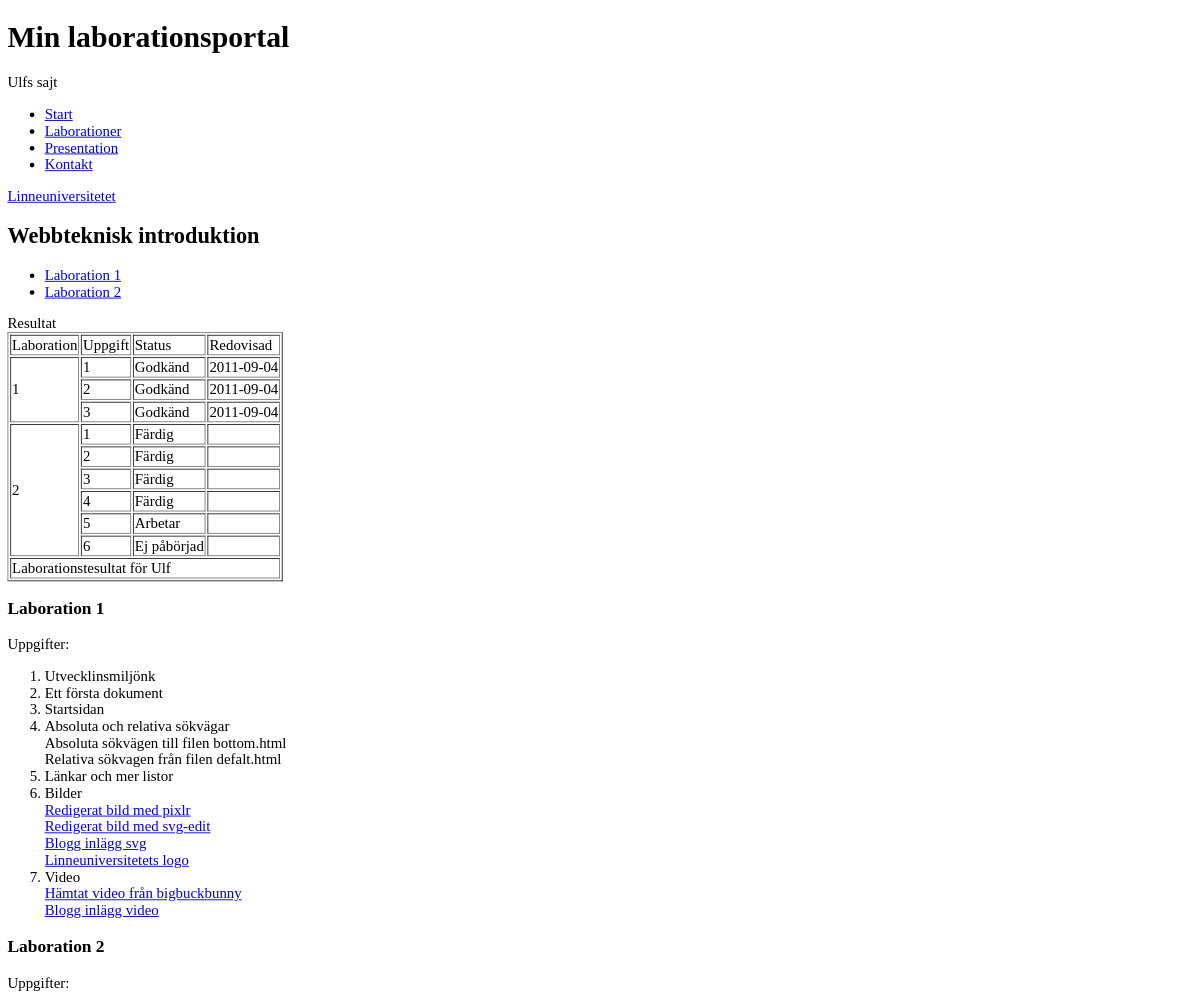
Repository: ulfek/laborationer
Page: pages/laborationer.html
The author's editor kept a record of every edit. The page is drawn from the files as they stood at one moment, then again after the next edit.
The browser window is 1280 px wide. The pictures show the whole page, at 93% of full size.

Above is the page before.

After the next edit:
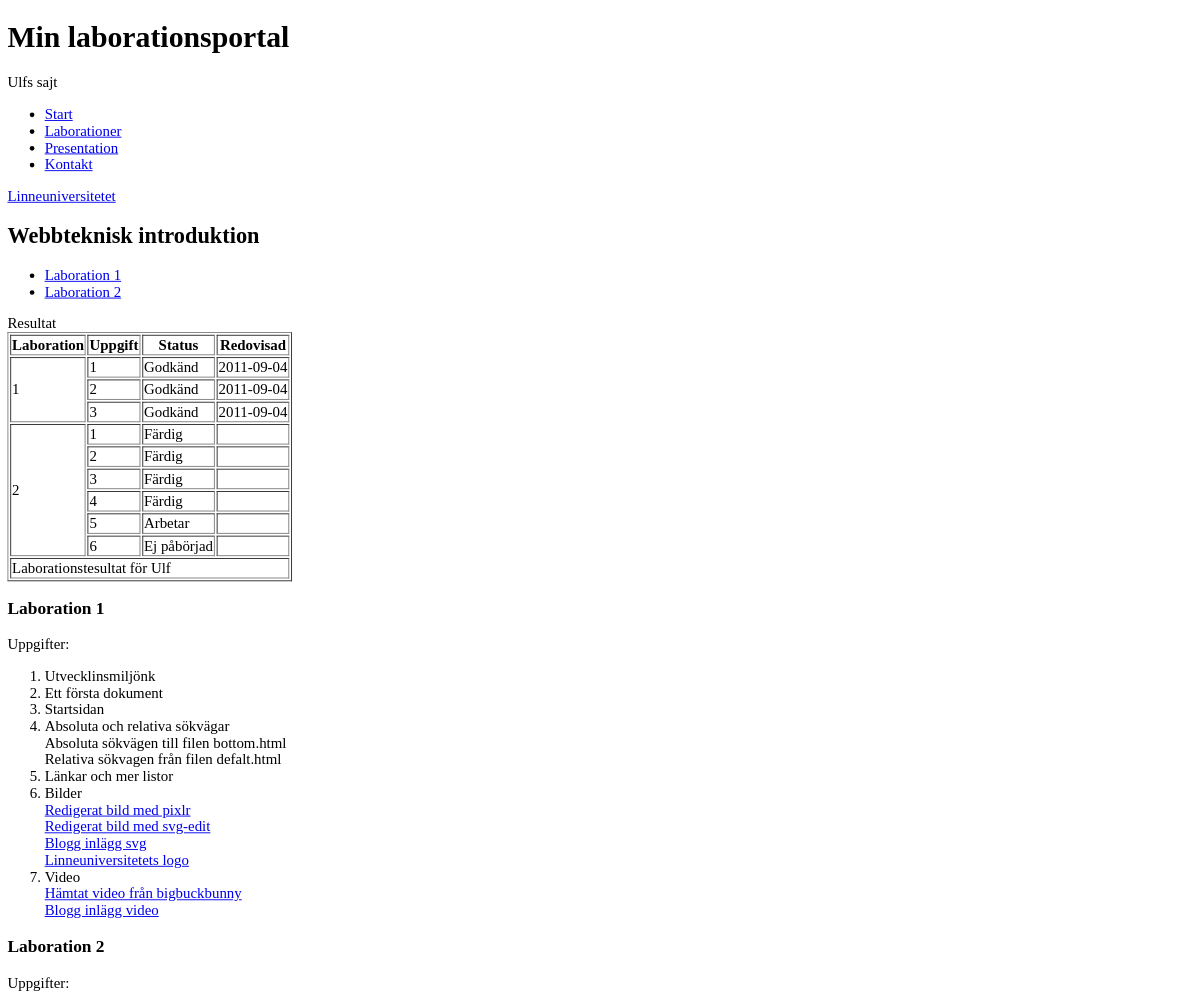
The edit:
--- a/pages/laborationer.html
+++ b/pages/laborationer.html
@@ -21,7 +21,7 @@
 
         Resultat
         <table border=1>
-            <thead><tr><td>Laboration</td><td>Uppgift</td><td>Status</td><td>Redovisad</td></tr></thead>
+            <thead><tr><th>Laboration</th><th>Uppgift</th><th>Status</th><th>Redovisad</th></tr></thead>
             <tfoot><tr><td colspan=4>Laborationstesultat för Ulf</td></tr></tfoot>
             <tbody>
                 <tr><td rowspan=3>1</td><td>1</td><td>Godkänd</td><td>2011-09-04</td></tr>
